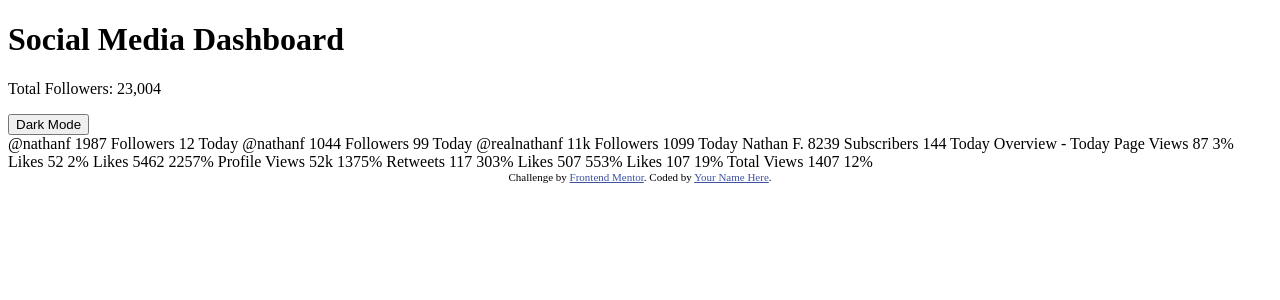
Repository: mamulini/social-media-dashboard-with-theme-switcher-master
Page: index.html
These files come from the project's save history. The page is drawn as it stood at one moment and after the next save; the edit follows.
The browser window is 1280 px wide. The pictures show the whole page.

Above is the page before, as saved 2020-04-05 23:14:28.

### index.html
<!DOCTYPE html>
<html lang="en">
<head>
  <meta charset="UTF-8">
  <meta name="viewport" content="width=device-width, initial-scale=1.0">
  <link rel="icon" type="image/png" sizes="32x32" href="./images/favicon-32x32.png">
  <link rel="stylesheet" href="./css/style.css">
  <title>Frontend Mentor | [Challenge Name Here]</title>
</head>
<body>
  <main class="dashboard container">
    <header class="header">
      <div class="title">
        <h1 class="title__name">Social Media Dashboard</h1>
        <p class="title__total">Total Followers: 23,004</p>
      </div>
      <button class="theme" type="button">Dark Mode</button>
    </header>

  </main>








  @nathanf
  1987
  Followers
  12 Today

  @nathanf
  1044
  Followers
  99 Today

  @realnathanf
  11k
  Followers
  1099 Today

  Nathan F.
  8239
  Subscribers
  144 Today



  Overview - Today

  Page Views
  87
  3%

  Likes
  52
  2%

  Likes
  5462
  2257%

  Profile Views
  52k
  1375%

  Retweets
  117
  303%

  Likes
  507
  553%

  Likes
  107
  19%

  Total Views
  1407
  12%

  <div class="attribution">
    Challenge by <a href="https://www.frontendmentor.io?ref=challenge" target="_blank">Frontend Mentor</a>.
    Coded by <a href="#">Your Name Here</a>.
  </div>
</body>
</html>

### css/style.css
.container{
    max-width: 1110px;
}






.attribution { font-size: 11px; text-align: center; }
.attribution a { color: hsl(228, 45%, 44%); }

After the next save:
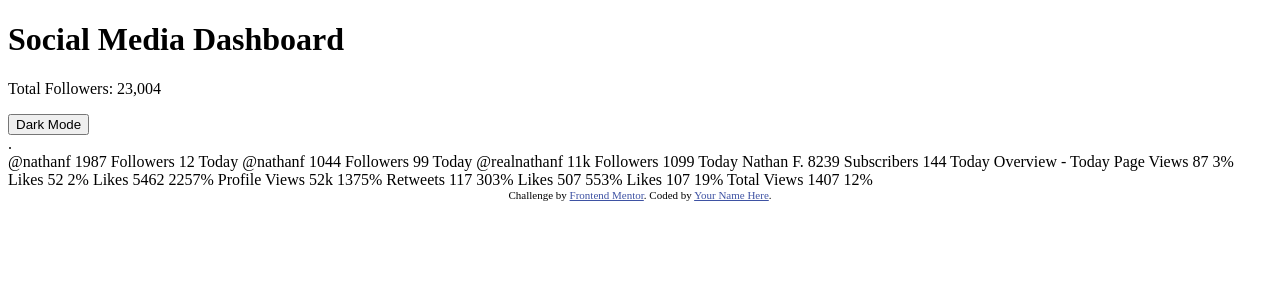
Saved 94 s later.
--- a/index.html
+++ b/index.html
@@ -16,7 +16,7 @@
       </div>
       <button class="theme" type="button">Dark Mode</button>
     </header>
-
+    .
   </main>
 
 
